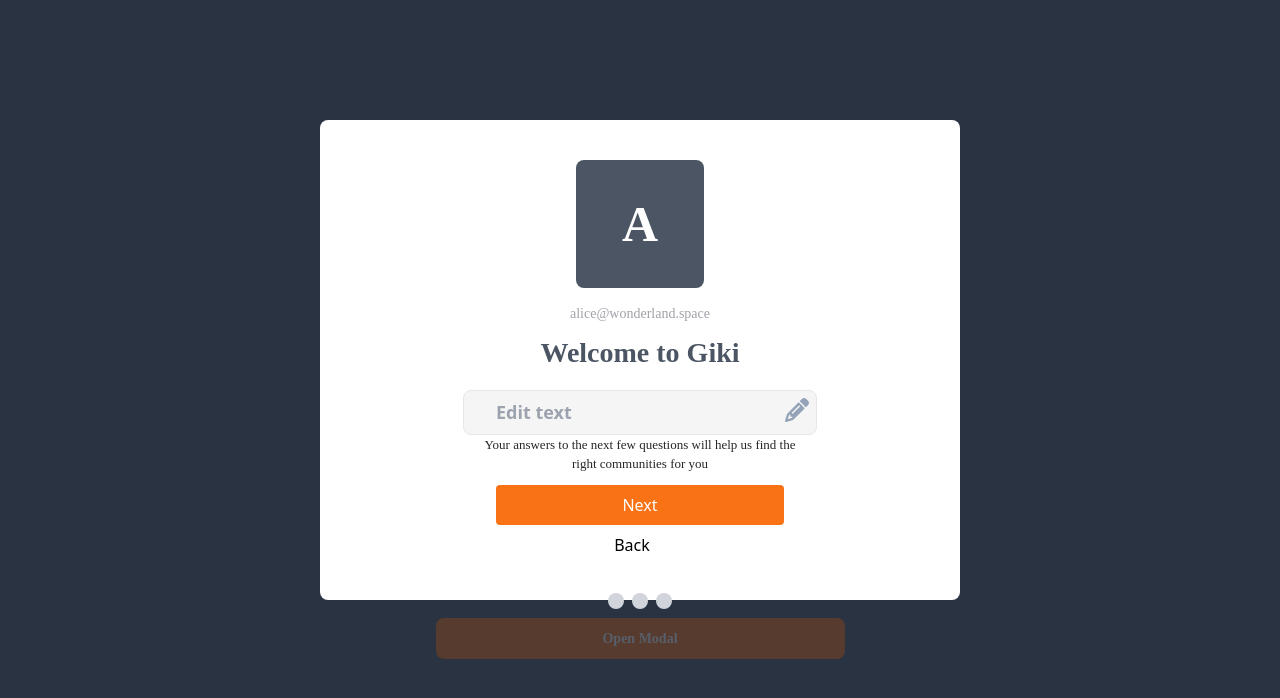
Repository: ZakariaZhlat125/lucatctyteste
Page: /, after clicking the first element matching `button.mt-36`
The author's editor kept a copy of each file at every save. The page is drawn from the files as they stood at one save, then again after the next save.
The browser window is 1280 px wide. The pictures show the whole page.
The project was rebuilt for these pictures with package versions that can differ from the ones it lists, and the page was loaded fresh each time. Also part of the build but not shown: vite.config.js, src/Components/ModalComponents/PickLang.jsx, src/Components/ModalComponents/SelectImage.jsx.

Above is the page before, as saved 2023-09-29 11:47:15.

After the next save:
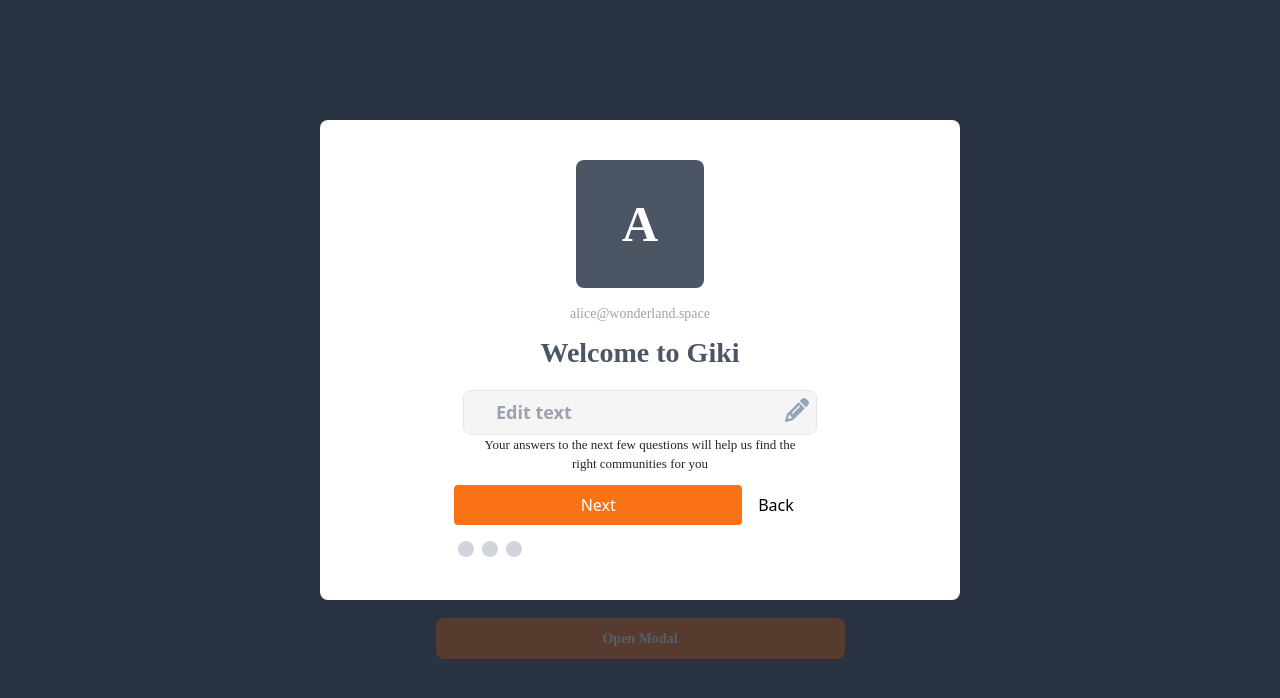
Saved 96 s later.
--- a/src/Components/ModalComponents/Modal.jsx
+++ b/src/Components/ModalComponents/Modal.jsx
@@ -3,7 +3,6 @@
 import PickLang from "./PickLang";
 import SelectImage from "./SelectImage";
 const Modal = ({ isOpen, onClose }) => {
-
   const [currentPage, setCurrentPage] = useState(1);
   if (!isOpen) return null;
   const totalPages = 3;
@@ -34,7 +33,7 @@
   return (
     <div className="fixed inset-0 flex justify-center items-center z-50">
       <div className="fixed inset-0 bg-gray-800 opacity-75"></div>
-      <div className="bg-white w-[40rem] h-[30rem]  rounded-lg p-8 z-50 relative flex flex-col items-center">
+      <div className="bg-white w-[40rem] h-[30rem]  rounded-lg p-8 z-50 relative flex flex-col justify-between items-center">
         {/* Modal content goes here */}
 
         {/* <button
@@ -47,28 +46,30 @@
         {currentPage === 2 && <PickLang />}
         {currentPage === 3 && <SelectImage />}
         <div className="my-3 flex flex-col">
-        <button
-          onClick={nextPage}
-          className="w-72 bg-orange-500 text-white px-4 py-2 rounded"
-        >
-          Next
-        </button>
-        <button
-          onClick={prevPage}
-          className="mr-4   text-black px-4 py-2 rounded"
-        >
-          Back
-        </button>
-        </div>
-        <div className="flex mt-4">
-          {[...Array(totalPages)].map((_, index) => (
-            <div
-              key={index}
-              className={`w-4 h-4 mx-1 rounded-full ${
-                index < getOrangeCount() ? "bg-orange-500" : "bg-gray-300"
-              }`}
-            ></div>
-          ))}
+          <div>
+            <button
+              onClick={nextPage}
+              className="w-72 bg-orange-500 text-white px-4 py-2 rounded"
+            >
+              Next
+            </button>
+            <button
+              onClick={prevPage}
+              className="mr-4   text-black px-4 py-2 rounded"
+            >
+              Back
+            </button>
+          </div>
+          <div className="flex mt-4">
+            {[...Array(totalPages)].map((_, index) => (
+              <div
+                key={index}
+                className={`w-4 h-4 mx-1 rounded-full ${
+                  index < getOrangeCount() ? "bg-orange-500" : "bg-gray-300"
+                }`}
+              ></div>
+            ))}
+          </div>
         </div>
       </div>
     </div>
